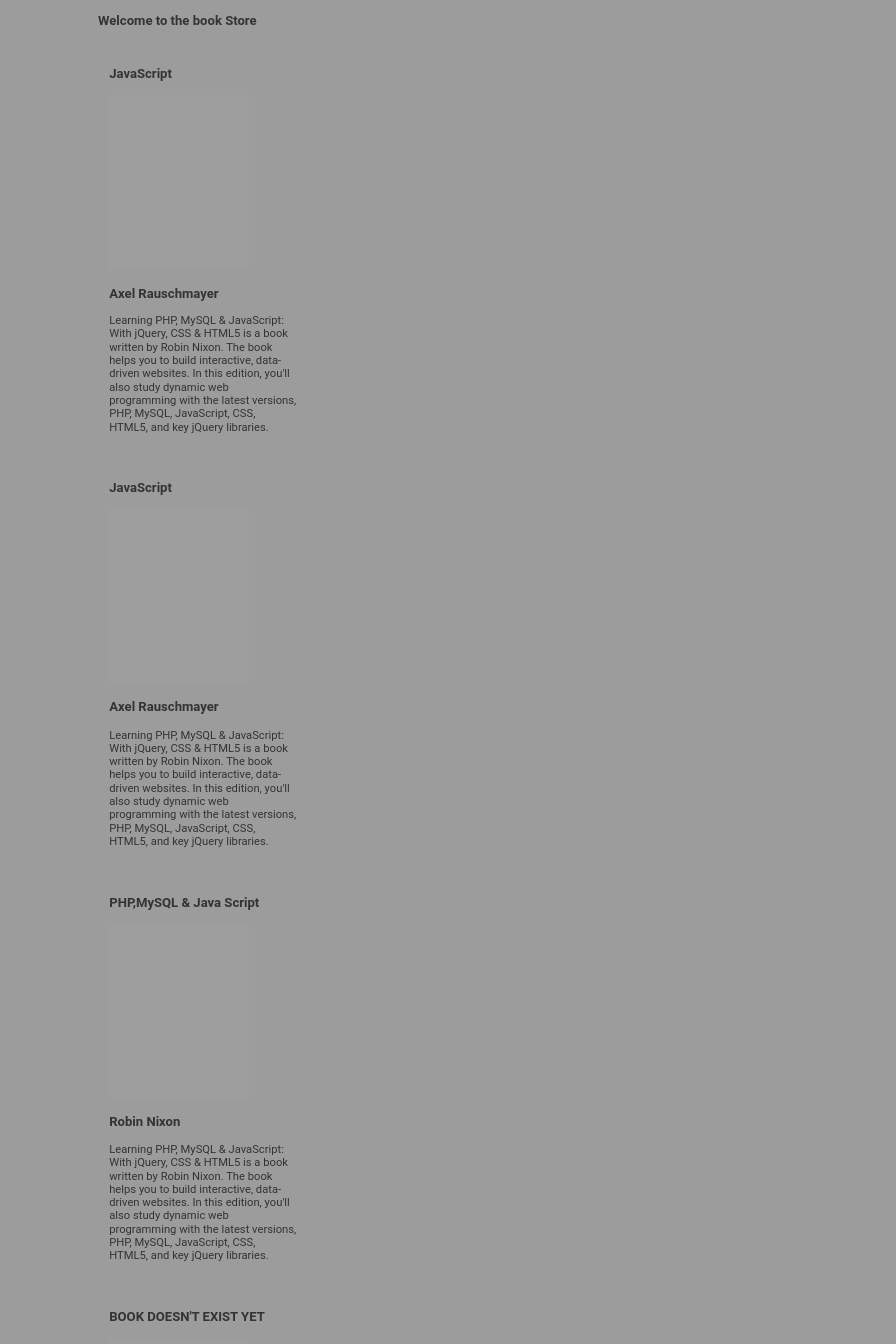
Repository: Axe33ile/React_JS
Page: / (app in book/)
These files come from the project's save history. The page is drawn as it stood at one moment and after the next save; the edit follows.
The browser window is 1280 px wide. The pictures show the part of the page from y = 0 to 1920 px (the page is 2441 px tall before and 2587 px after), at 70% of full size.
Pictures or frames that could not be fetched are drawn as grey boxes. The project was rebuilt for these pictures with package versions that can differ from the ones it lists, and the page was loaded fresh each time.

Above is the page before, as saved 2021-04-24 00:31:42.

After the next save:
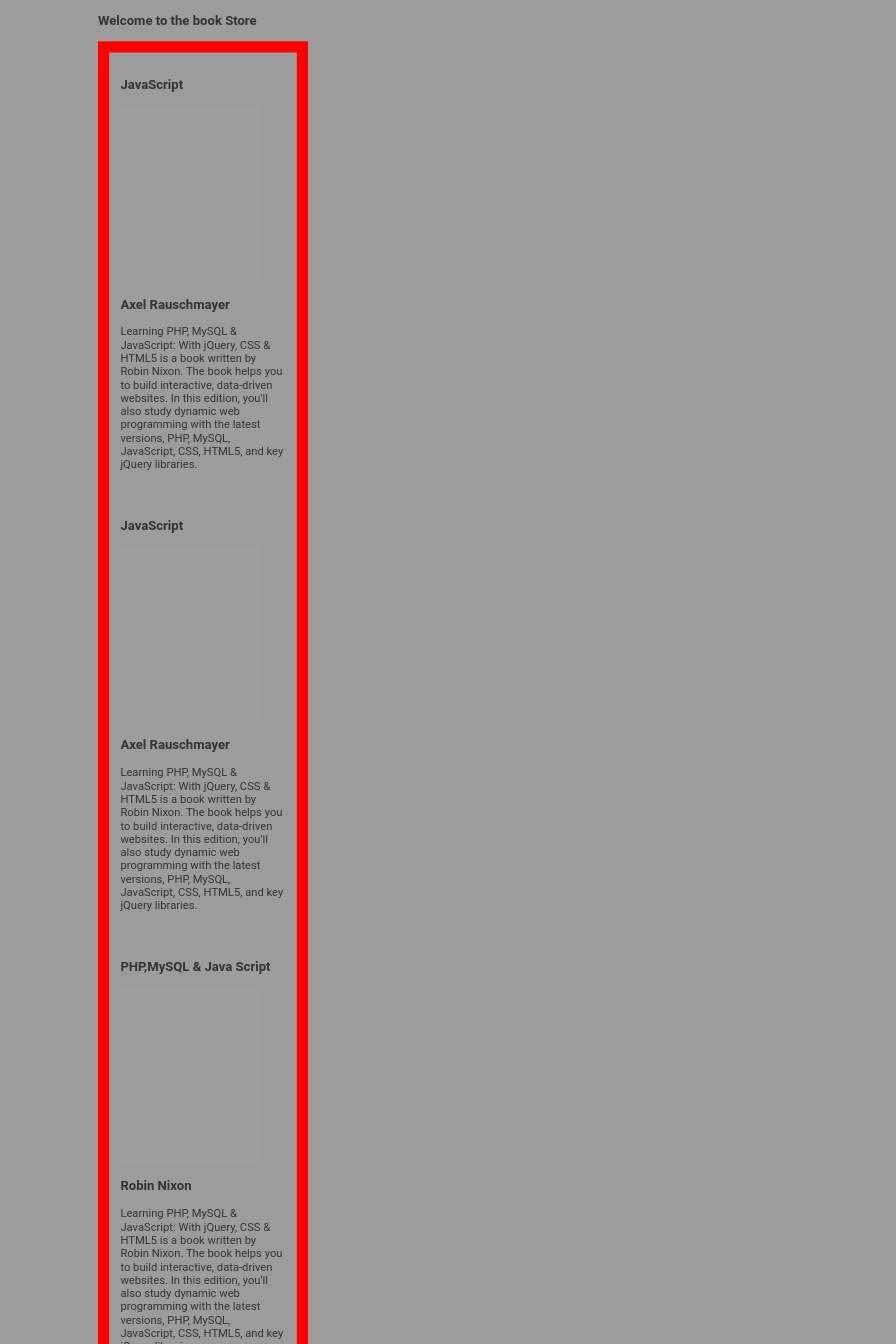
Saved 4 s later.
--- a/book/src/index.css
+++ b/book/src/index.css
@@ -52,7 +52,7 @@ footer {
   justify-content: center;
   width: 330px;
   max-width: 300px;
-  color: 1rem solid red;
+  border: 1rem solid red;
 }
 
 .book {
